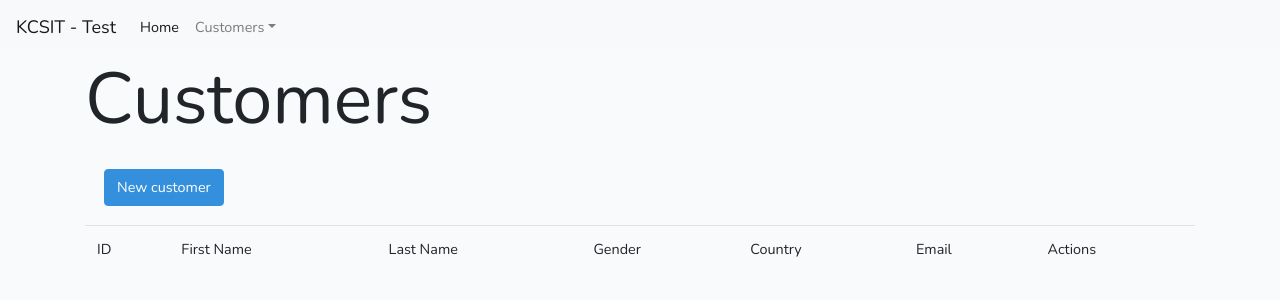
Repository: GilmarBrito/kcsit
Page: http://localhost/customers
An editor plug-in stored every save of this project. The page is shown before and after the next save, followed by the edit.
The browser window is 1280 px wide. The pictures show the whole page.
The page is served by the project's Laravel application, run on PHP 8.4 with Laravel 8. Style sheets and scripts are compiled from the project's sources, by tool versions that may differ from the author's. Queries for data that is not in the repository find no rows.

Above is the page before, as saved 2020-03-08 16:45:12.

After the next save:
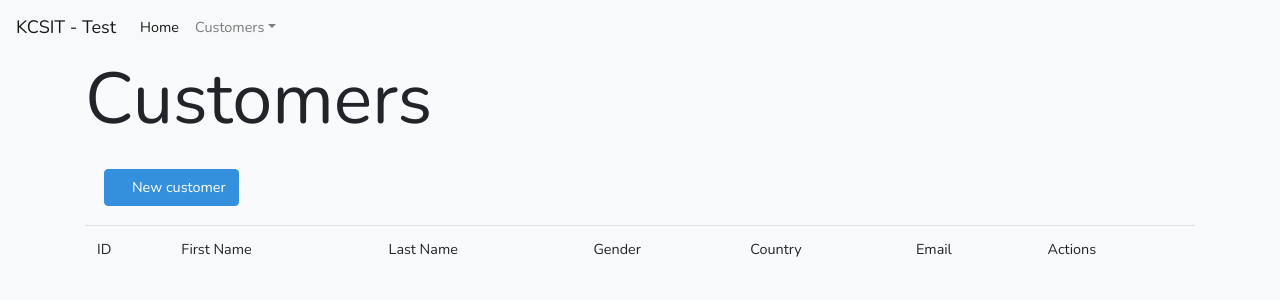
Saved 54 s later.
--- a/resources/views/customers/index.blade.php
+++ b/resources/views/customers/index.blade.php
@@ -13,7 +13,7 @@
     <div class="col-sm-12">
         <h1 class="display-3">Customers</h1>
         <div>
-            <a style="margin: 19px;" href="{{route('customers.create')}}" class="btn btn-primary">New customer</a>
+            <a style="margin: 19px;" href="{{route('customers.create')}}" class="btn btn-primary"><i class="fas fa-user-plus"></i> New customer</a>
         </div>
         <table class="table table-striped">
             <thead>
